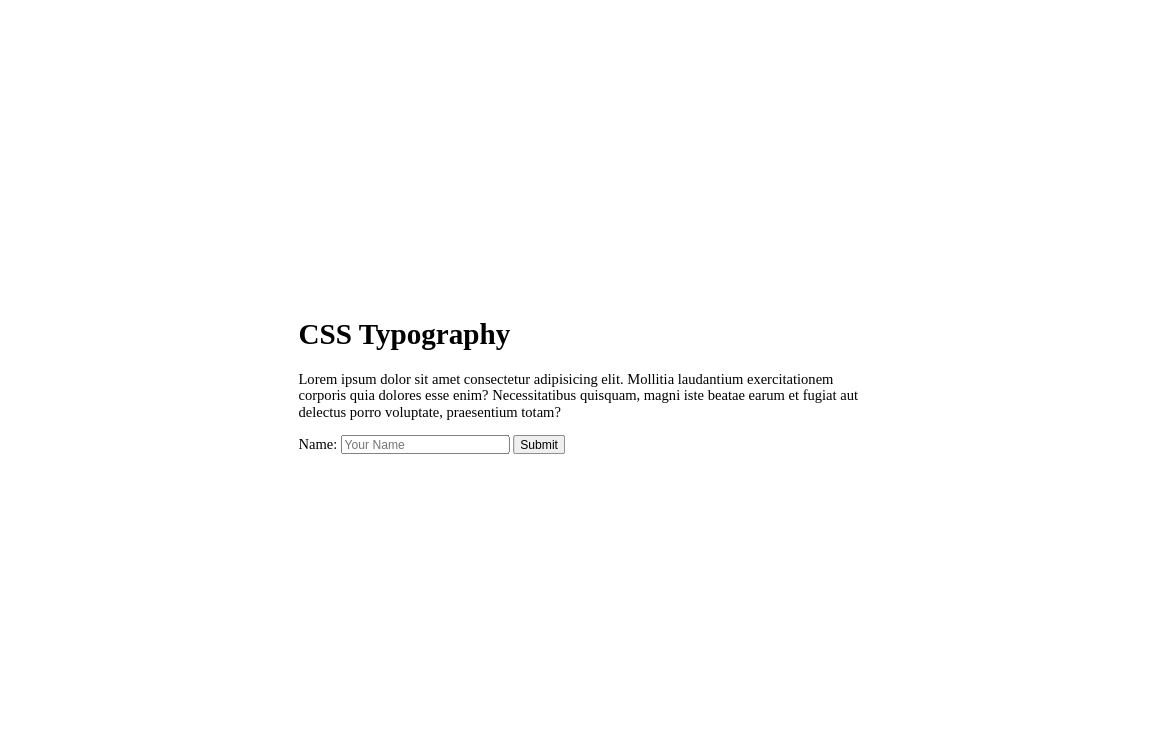
Repository: madhurik9999/Css
Page: index.html
The author's editor kept a copy of each file at every save. The page is drawn from the files as they stood at one save, then again after the next save.
The browser window is 1280 px wide. The pictures show the whole page, at 91% of full size.

Above is the page before, as saved 2023-12-10 13:17:00.

### index.html
<!DOCTYPE html>
<html lang="en">

<head>
    <meta charset="UTF-8">
    <meta http-equiv="X-UA-Compatible" content="IE=edge">
    <meta name="viewport" content="width=device-width, initial-scale=1.0">
    <title>Document</title>
    <link rel="stylesheet" href="styles/style.css">
</head>

<body>
    <header>
        <h1>CSS Typography</h1>
    </header>
    <main>
        <p>Lorem ipsum dolor sit amet consectetur adipisicing elit. Mollitia laudantium exercitationem corporis quia
            dolores esse enim? Necessitatibus quisquam, magni iste beatae earum et fugiat aut delectus porro voluptate,
            praesentium totam?</p>

        <form>
            <label for="name">Name:</label>
            <input id="name" type="text" placeholder="Your Name" />
            <button>Submit</button>
        </form>
    </main>
</body>

</html>

### styles/style.css
/* Typography */
body {
    padding: 25%;
}

After the next save:
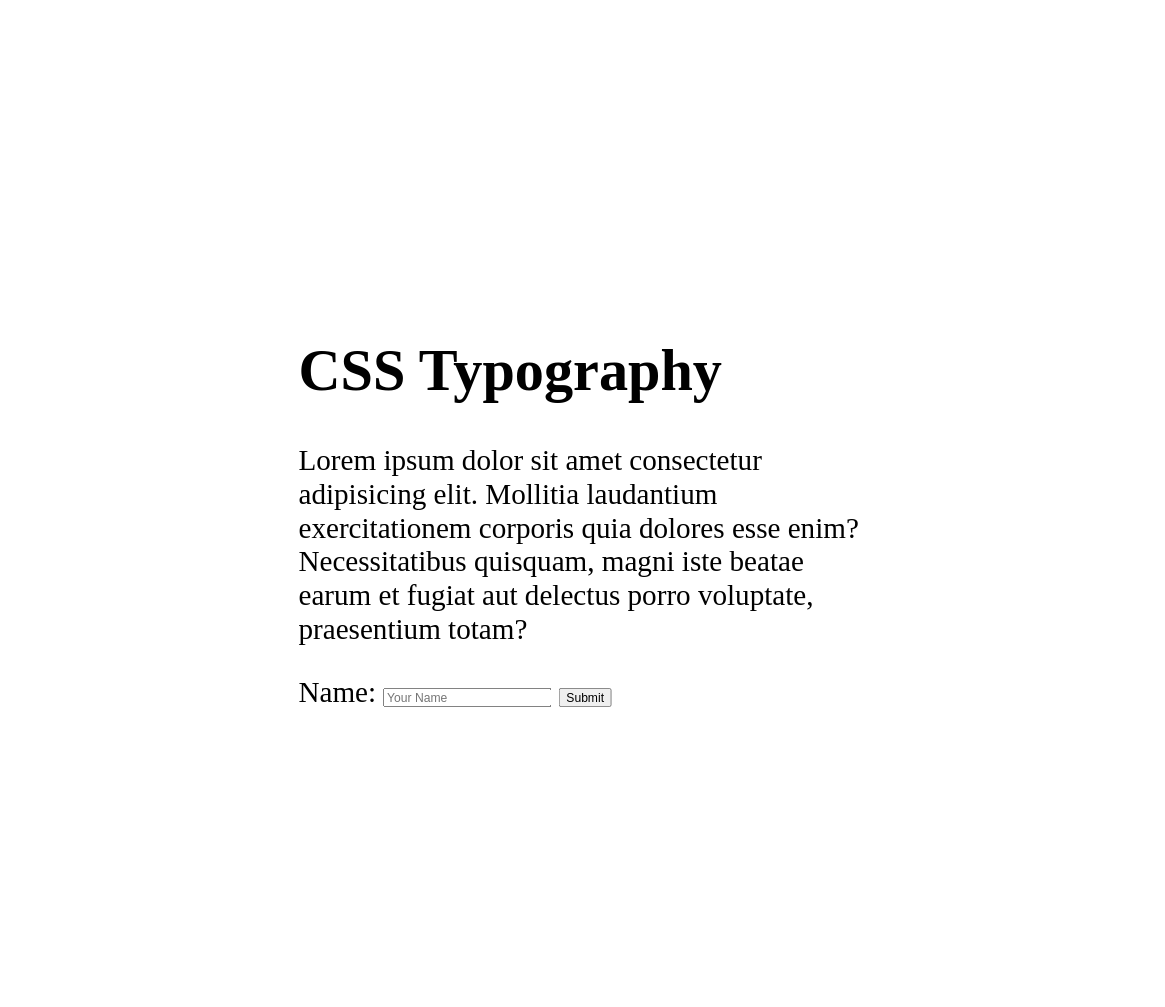
Saved 24 s later.
--- a/styles/style.css
+++ b/styles/style.css
@@ -1,4 +1,5 @@
 /* Typography */
 body {
     padding: 25%;
+    font-size: 2rem;
 }

After the save that followed:
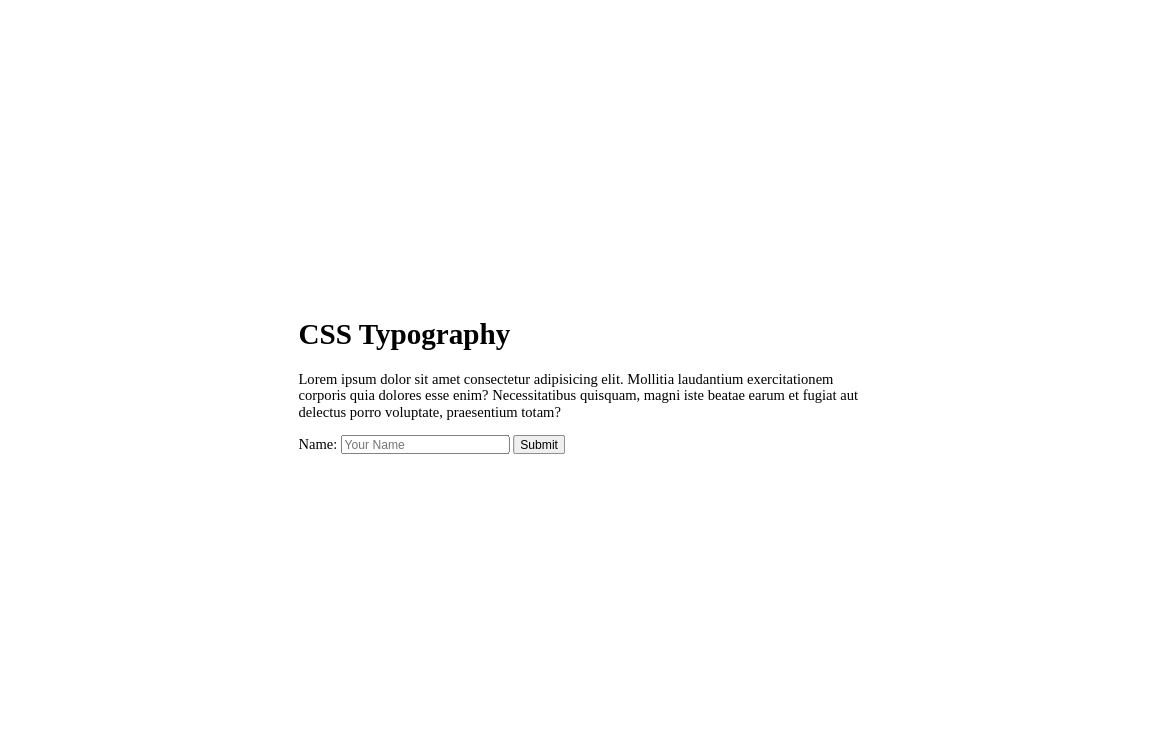
Saved 10 s later.
--- a/styles/style.css
+++ b/styles/style.css
@@ -1,5 +1,5 @@
 /* Typography */
 body {
     padding: 25%;
-    font-size: 2rem;
+    font-size: 1rem;
 }
